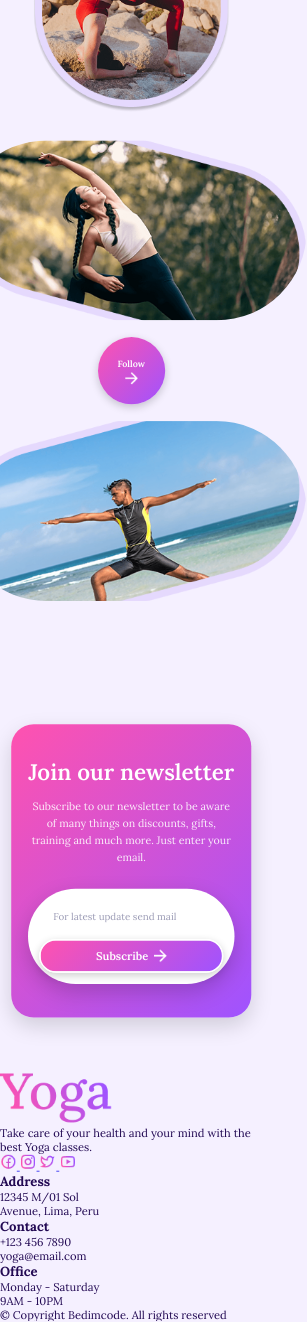
Repository: EunsuhJeon/responsive-yoga-website
Page: index.html
An editor plug-in stored every save of this project. The page is shown before and after the next save, followed by the edit.
The browser window is 375 px wide. The page is 438 px wide, so the pictures cover 438 px, including what lies to the right of the window. The pictures show the part of the page from y = 2331 to 4571 px (the page is 4219 px tall before and 4571 px after), at 70% of full size.

Above is the page before, as saved 2025-11-26 01:24:52.

After the next save:
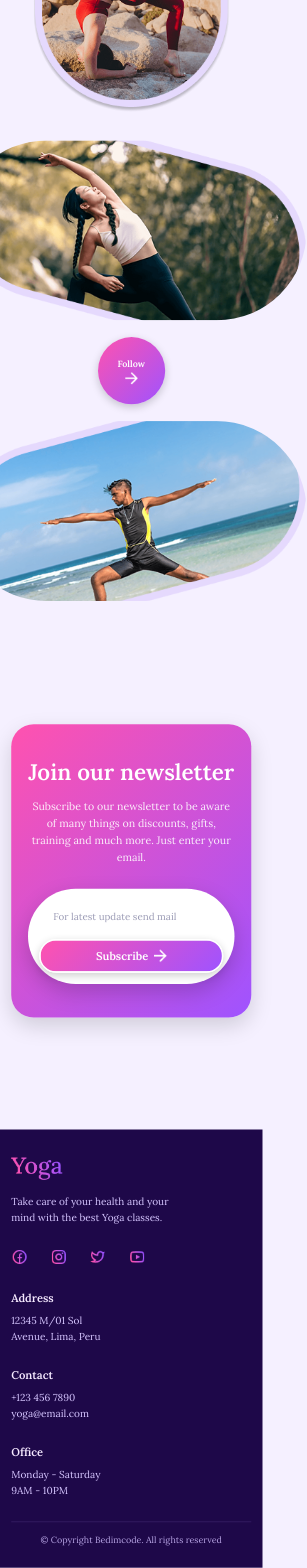
Saved 43 s later.
--- a/main.css
+++ b/main.css
@@ -455,5 +455,119 @@ button:active,
   }
 }
 
+/* -------- Footer -------- */
+
+.site-footer {
+  margin-top: 80px;
+  padding: 48px 16px 32px;
+  color: #f5e9ff;
+  background: #1E0849;           /* light mode por defecto */
+}
+
+.footer-inner {
+  max-width: 1120px;
+  margin: 0 auto 32px;
+  display: grid;
+  grid-template-columns: 2fr 1fr 1fr 1fr;
+  gap: 40px;
+}
+
+.footer-col {
+  font-size: 0.9rem;
+}
+
+.footer-brand .footer-logo {
+  height: 32px;
+  margin-bottom: 16px;
+}
+
+.footer-description {
+  font-size: 0.9rem;
+  line-height: 1.6;
+  max-width: 260px;
+  margin-bottom: 32px;
+  color: #d6c6ff;
+}
+
+/* social icons */
+.footer-social {
+  display: flex;
+  align-items: center;
+  gap: 32px;                     /* spacing 32px */
+}
+
+.footer-social img {
+  width: 24px;
+  height: 24px;
+}
+
+/* headings y textos columnas */
+.footer-heading {
+  font-size: 1rem;
+  margin-bottom: 12px;
+  font-weight: 600;
+}
+
+.footer-text {
+  font-size: 0.9rem;
+  line-height: 1.6;
+  color: #d6c6ff;
+}
+
+/* línea divisoria */
+.footer-divider {
+  max-width: 1120px;
+  margin: 0 auto 16px;
+  height: 1px;
+  background: #3a226b;
+}
+
+/* parte inferior */
+.footer-bottom {
+  max-width: 1120px;
+  margin: 0 auto;
+  text-align: right;
+}
+
+.footer-copy {
+  font-size: 0.8rem;
+  color: #b6a3e3;
+}
+
+/* -------- Footer responsive -------- */
+
+@media (max-width: 900px) {
+  .footer-inner {
+    grid-template-columns: 1fr 1fr;
+    row-gap: 32px;
+  }
+}
+
+@media (max-width: 600px) {
+  .site-footer {
+    padding-top: 40px;
+  }
+
+  .footer-inner {
+    grid-template-columns: 1fr;
+  }
+
+  .footer-bottom {
+    text-align: center;
+  }
+
+  .footer-social {
+    justify-content: flex-start;
+  }
+}
+
+/* -------- Footer dark mode -------- */
+
+@media (prefers-color-scheme: dark) {
+  .site-footer {
+    background: #14092A;
+  }
+}
+
 
 /* Andrea - end */
